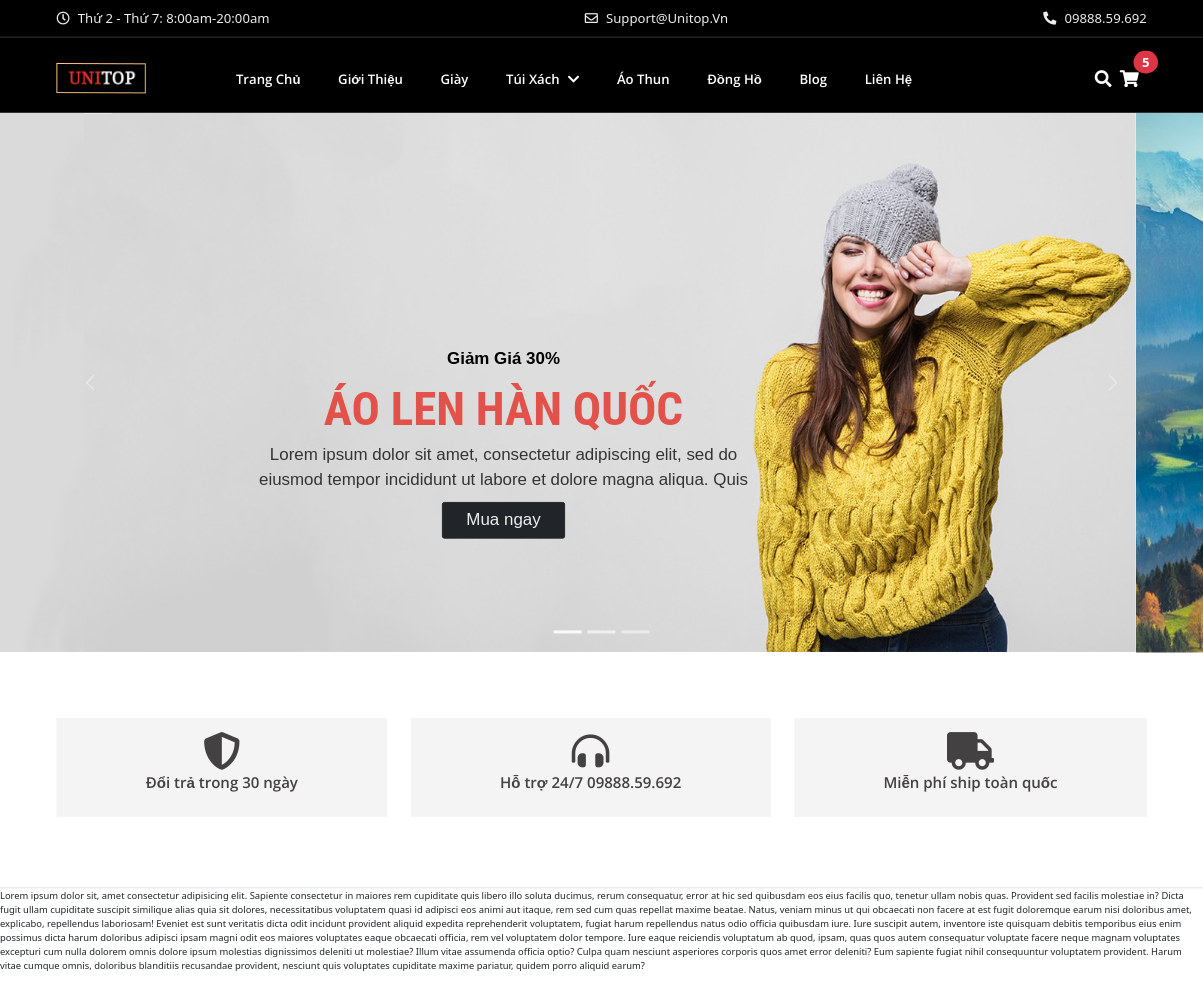
Repository: vinhtk0209/clothes-shop
Page: index.html
An editor plug-in stored every save of this project. The page is shown before and after a run of saves, followed by the edit.
The browser window is 1280 px wide. The pictures show the whole page, at 94% of full size.

Above is the page before, as saved 2021-10-04 17:58:39.

After the next 2 saves:
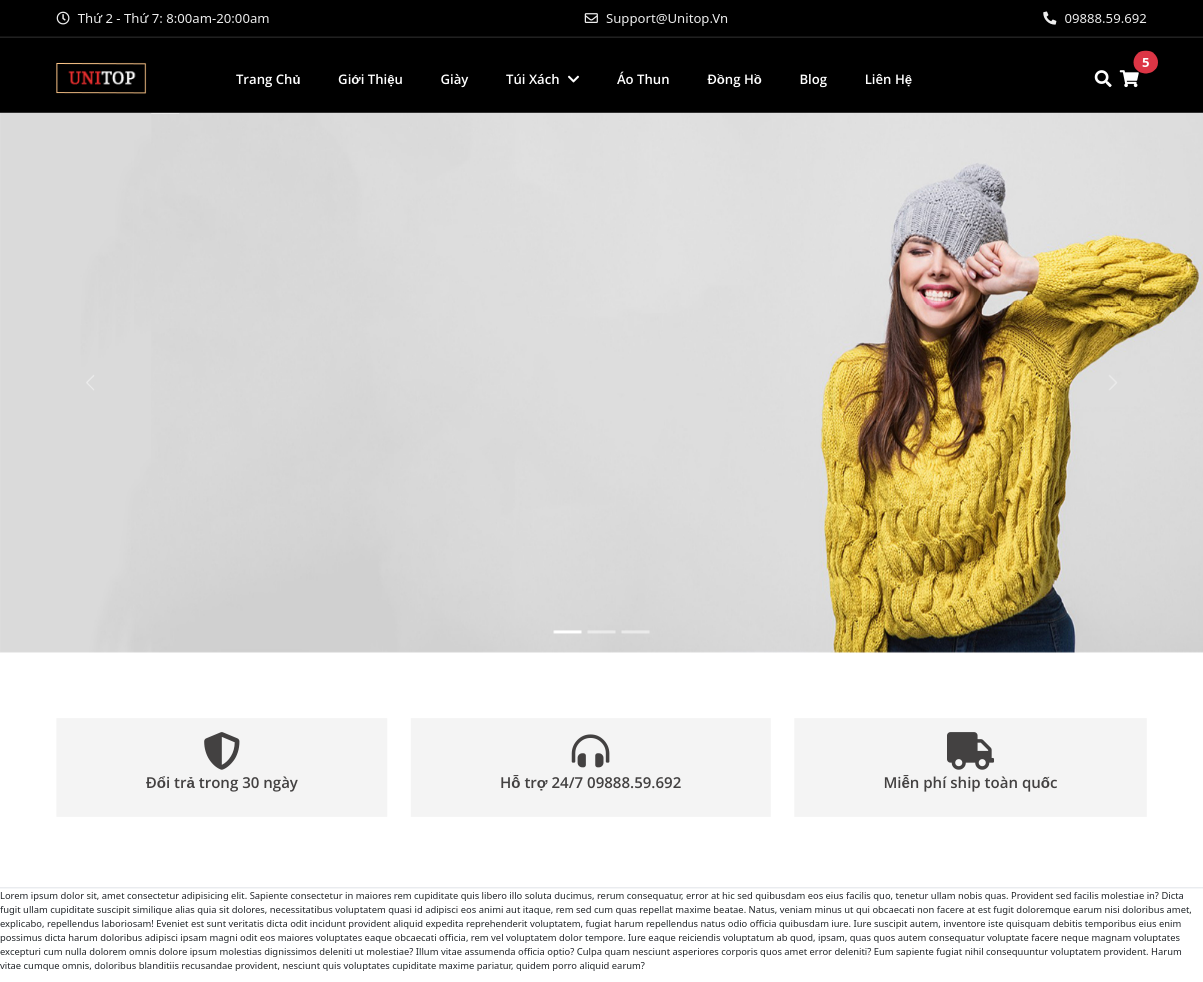
The 2 saves are shown as one change because they came seconds apart.
The last was saved 12 s later.
--- a/index.html
+++ b/index.html
@@ -197,15 +197,9 @@
           <div class="carousel-inner">
             <div class="carousel-item active" class="">
               <img src="assets/images/slide-1.png" class="d-block w-100" alt="...">
-              <div class="carousel-caption d-none d-md-block card-descr text-center">
-                <p class="discount fs-18 fw-bold color-p-card-discount">Giảm Giá 30%</p>
-                <h4 class="product-name fw-bold">
-                  ÁO LEN HÀN QUỐC
-                </h4>
-                <p class="descr fs-18 color-p-card-descr fw-regular   ">
-                  Lorem ipsum dolor sit amet, consectetur adipiscing elit, sed do eiusmod tempor incididunt ut labore et dolore magna aliqua. Quis
-                </p>
-                <button type="button" class="btn btn-dark btn-buynow fs-18 text-button fw-regular pd-btn">Mua ngay</button>
+              <!-- <div class="carousel-caption d-none d-md-block">
+                <h5>First slide label</h5>
+                <p>Some representative placeholder content for the first slide.</p> -->
               </div>
             </div>
             <div class="carousel-item">
